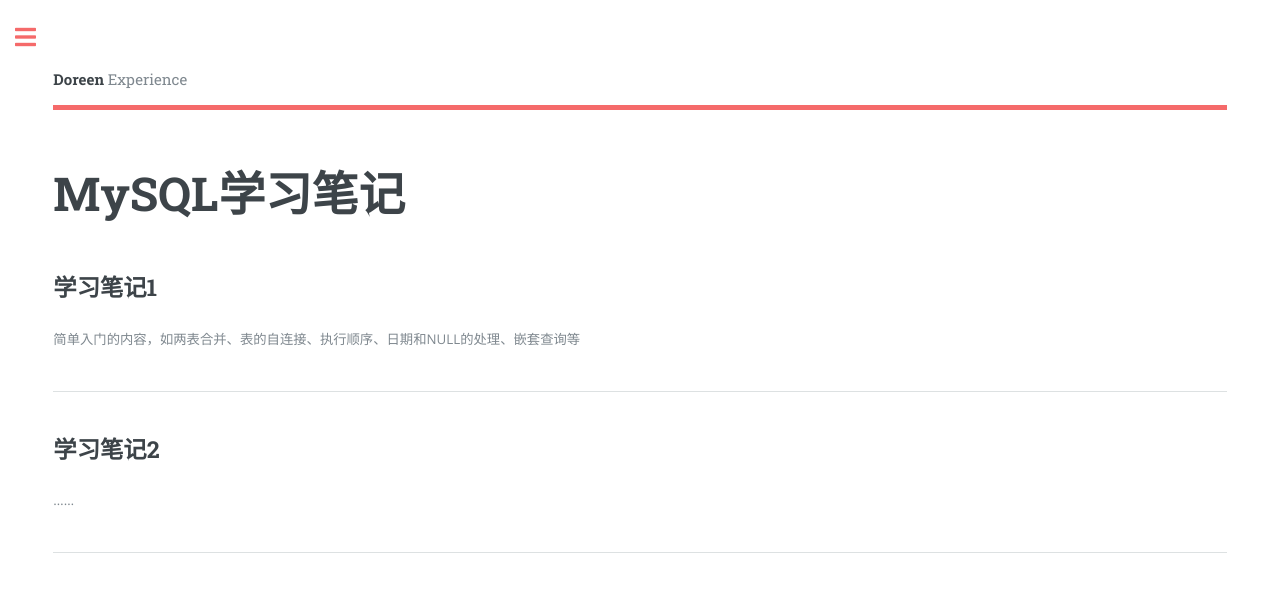
Repository: Hpz3859/Hpz3859.github.io
Page: experience.html
These files come from the project's save history. The page is drawn as it stood at one moment and after the next save; the edit follows.
The browser window is 1280 px wide. The pictures show the whole page.

Above is the page before, as saved 2025-03-19 14:27:12.

After the next save:
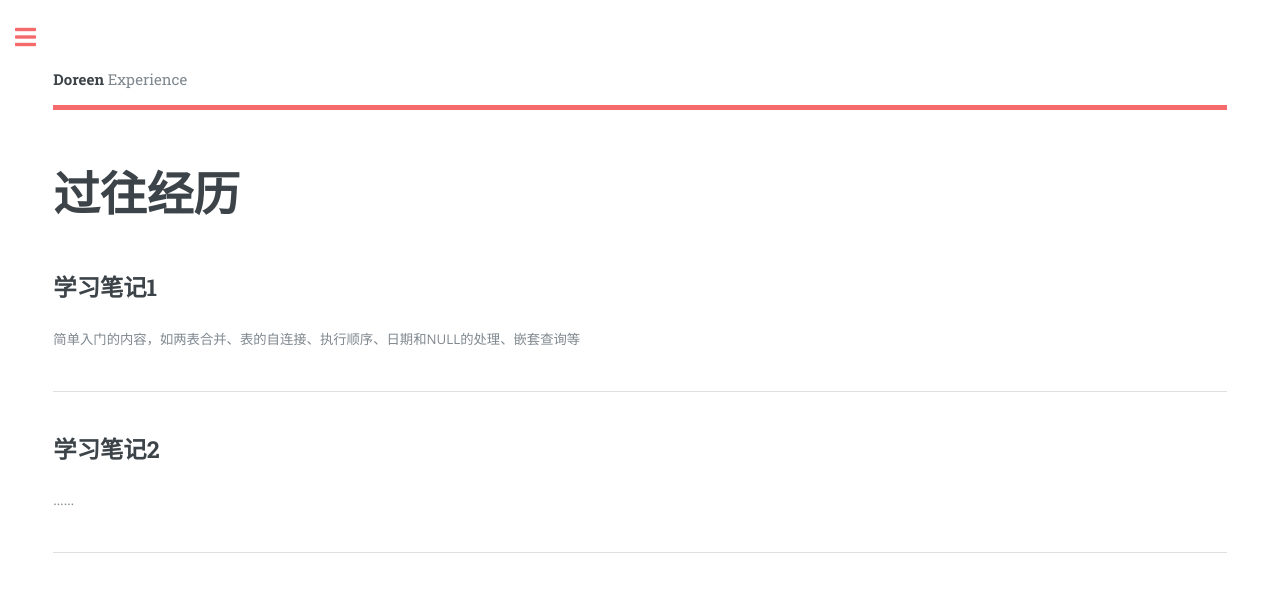
Saved 38 s later.
--- a/experience.html
+++ b/experience.html
@@ -37,7 +37,7 @@
 							<!-- Content -->
 								<section>
 									<header class="main">
-										<h1>MySQL学习笔记</h1>
+										<h1>过往经历</h1>
 									</header>
 										<!-- Content -->
 										<div class="content">
